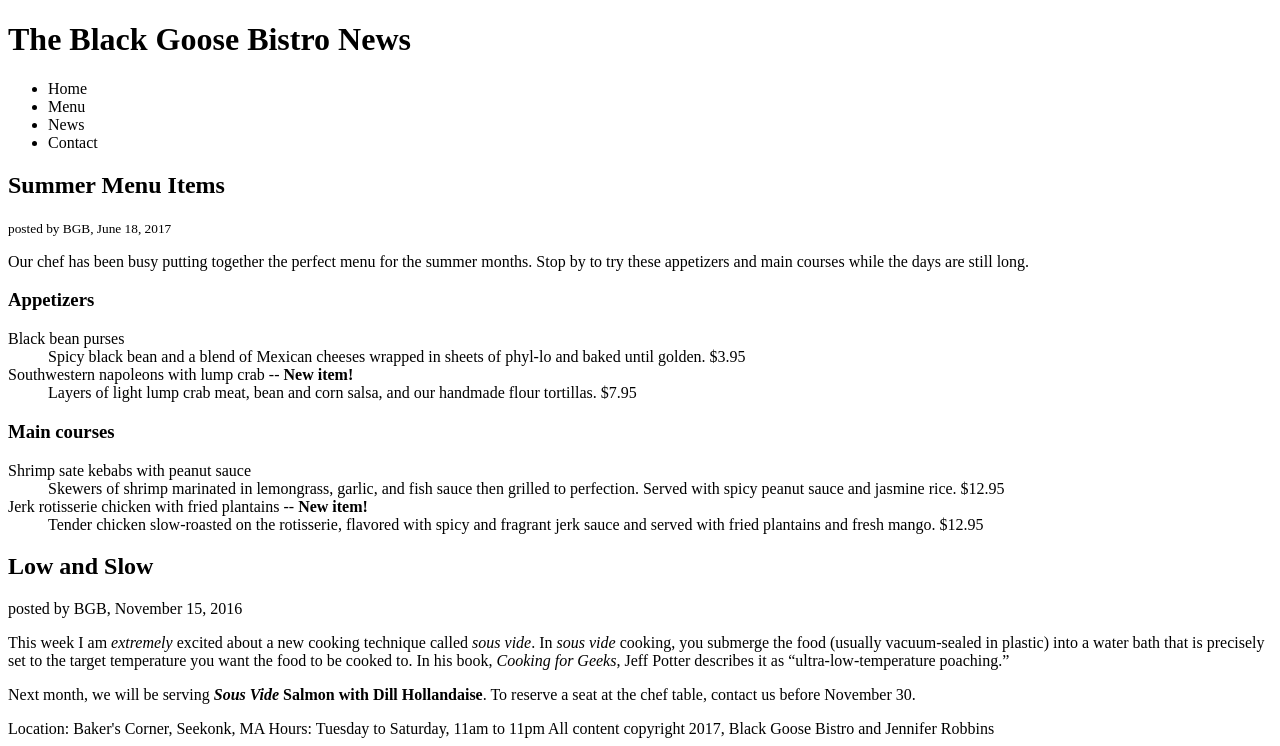
Repository: Colo-Codes/code-practice
Page: 01-html-practice-7.html
The author's editor kept a copy of each file at every save. The page is drawn from the files as they stood at one save, then again after the next save.
The browser window is 1280 px wide. The pictures show the whole page.

Above is the page before, as saved 2021-04-24 17:56:59.

### 01-html-practice-7.html
<!DOCTYPE html>
<html lang="en">
<head>
    <meta charset="UTF-8">
    <meta http-equiv="X-UA-Compatible" content="IE=edge">
    <meta name="viewport" content="width=device-width, initial-scale=1.0">
    <title>The Black Goose Bistro News</title>
</head>
<body>
    <header>
        <h1>The Black Goose Bistro News</h1>
        <nav>
            <ul>
                <li>Home</li>
                <li>Menu</li>
                <li>News</li>
                <li>Contact</li>

            </ul>
        </nav>
    </header>
    <main>
        <section id="summer-menu-items">
            <article>
                <header>
                    <h2>Summer Menu Items</h2>
                    <small>posted by BGB, June 18, 2017</small>
                    <p>Our chef has been busy putting together the perfect menu for the summer months. Stop by to try these appetizers and main courses while the days are still long.</p>
                </header>
                <h3>Appetizers</h3>
                <dl>
                    <dt>Black bean purses</dt>
                    <dd>Spicy black bean and a blend of Mexican cheeses wrapped in sheets of phyl-lo and baked until golden. $3.95</dd>
                    <dt>Southwestern napoleons with lump crab -- <strong>New item!</strong></dt>
                    <dd>Layers of light lump crab meat, bean and corn salsa, and our handmade flour tortillas. $7.95</dd>
                </dl>
                <h3>Main courses</h3>
                <dl>
                    <dt>Shrimp sate kebabs with peanut sauce</dt>
                    <dd>Skewers of shrimp marinated in lemongrass, garlic, and fish sauce then grilled to perfection. Served with spicy peanut sauce and jasmine rice. $12.95</dd>
                    <dt>Jerk rotisserie chicken with fried plantains -- <strong>New item!</strong></dt>
                    <dd>Tender chicken slow-roasted on the rotisserie, flavored with spicy and fragrant jerk sauce and served with fried plantains and fresh mango. $12.95</dd>
                </dl>
            </article>
        </section>
        <section id="low-and-slow">
            <h2>Low and Slow</h2>
            posted by BGB, November 15, 2016
            <p>This week I am <em>extremely</em> excited about a new cooking technique called <dfn><i>sous vide</i></dfn>. In <i>sous vide</i> cooking, you submerge the food (usually vacuum-sealed in plastic) into a water bath that is precisely set to the target temperature you want the food to be cooked to. In his book, <cite>Cooking for Geeks</cite>, Jeff Potter describes it as <q>ultra-low-temperature poaching.</q></p>

            <p>Next month, we will be serving <b><i>Sous Vide</i> Salmon with Dill Hollandaise</b>. To reserve a seat at the chef table, contact us before <time datetime="20161130">November 30</time>.</p>
        </section>

    </main>
    <footer>
        Location: Baker's Corner, Seekonk, MA
        Hours: Tuesday to Saturday, 11am to 11pm

        All content copyright 2017, Black Goose Bistro and Jennifer Robbins
    </footer>
</body>
</html>

After the next save:
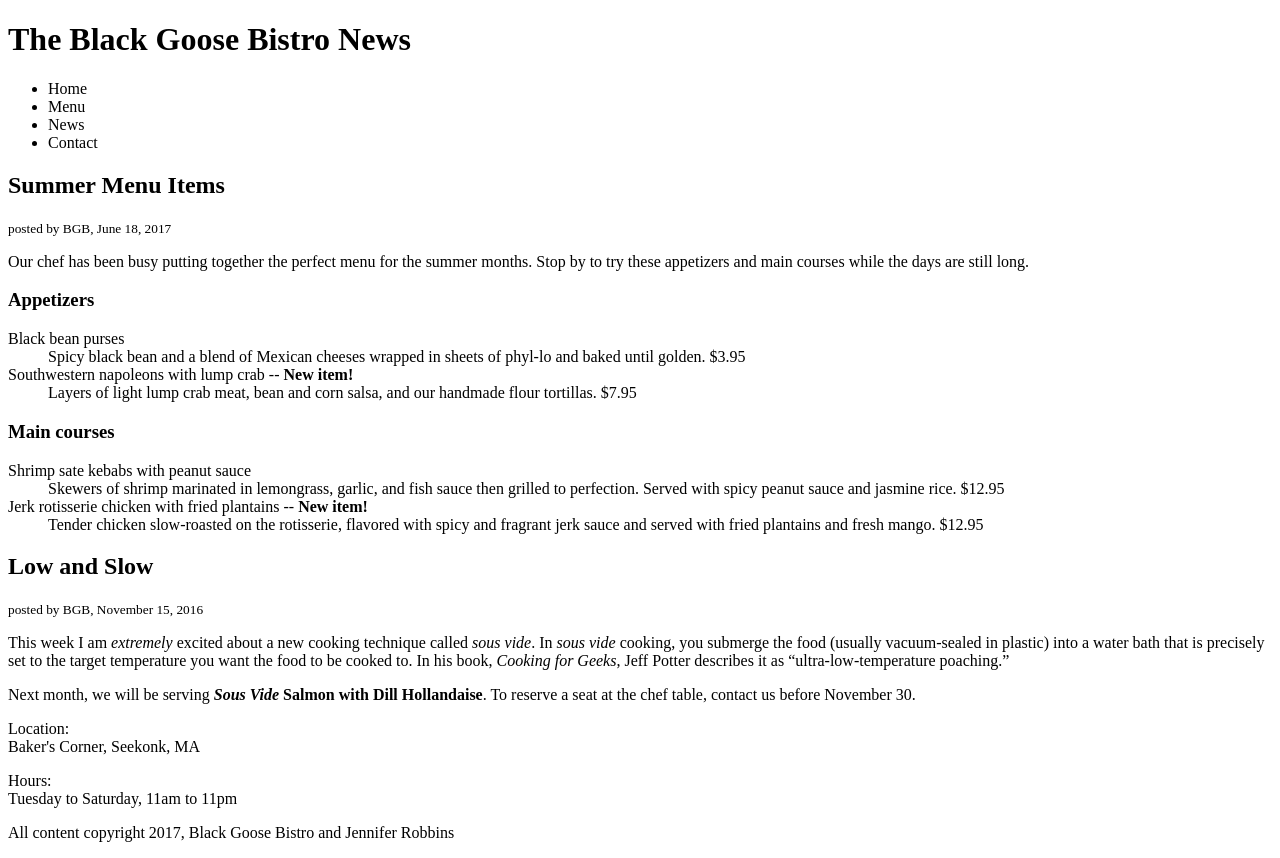
Saved 12 min 7 s later.
--- a/01-html-practice-7.html
+++ b/01-html-practice-7.html
@@ -22,41 +22,44 @@
     <main>
         <section id="summer-menu-items">
             <article>
-                <header>
-                    <h2>Summer Menu Items</h2>
-                    <small>posted by BGB, June 18, 2017</small>
-                    <p>Our chef has been busy putting together the perfect menu for the summer months. Stop by to try these appetizers and main courses while the days are still long.</p>
-                </header>
-                <h3>Appetizers</h3>
-                <dl>
-                    <dt>Black bean purses</dt>
-                    <dd>Spicy black bean and a blend of Mexican cheeses wrapped in sheets of phyl-lo and baked until golden. $3.95</dd>
-                    <dt>Southwestern napoleons with lump crab -- <strong>New item!</strong></dt>
-                    <dd>Layers of light lump crab meat, bean and corn salsa, and our handmade flour tortillas. $7.95</dd>
-                </dl>
-                <h3>Main courses</h3>
-                <dl>
-                    <dt>Shrimp sate kebabs with peanut sauce</dt>
-                    <dd>Skewers of shrimp marinated in lemongrass, garlic, and fish sauce then grilled to perfection. Served with spicy peanut sauce and jasmine rice. $12.95</dd>
-                    <dt>Jerk rotisserie chicken with fried plantains -- <strong>New item!</strong></dt>
-                    <dd>Tender chicken slow-roasted on the rotisserie, flavored with spicy and fragrant jerk sauce and served with fried plantains and fresh mango. $12.95</dd>
-                </dl>
+                <h2>Summer Menu Items</h2>
+                <small>posted by BGB, <time datetime="20170618">June 18, 2017</time></small>
+                <p>Our chef has been busy putting together the perfect menu for the summer months. Stop by to try these appetizers and main courses while the days are still long.</p>
+                <section id="appetizers">
+                    <h3>Appetizers</h3>
+                    <dl>
+                        <dt>Black bean purses</dt>
+                        <dd>Spicy black bean and a blend of Mexican cheeses wrapped in sheets of phyl-lo and baked until golden. <span class="price">$3.95</span></dd>
+                        <dt class="new-item">Southwestern napoleons with lump crab -- <strong>New item!</strong></dt>
+                        <dd>Layers of light lump crab meat, bean and corn salsa, and our handmade flour tortillas. <span class="price">$7.95</span></dd>
+                    </dl>
+                </section>
+                <section id="main-courses">
+                    <h3>Main courses</h3>
+                    <dl>
+                        <dt>Shrimp sate kebabs with peanut sauce</dt>
+                        <dd>Skewers of shrimp marinated in lemongrass, garlic, and fish sauce then grilled to perfection. Served with spicy peanut sauce and jasmine rice. <span class="price">$12.95</span></dd>
+                        <dt class="new-item">Jerk rotisserie chicken with fried plantains -- <strong>New item!</strong></dt>
+                        <dd>Tender chicken slow-roasted on the rotisserie, flavored with spicy and fragrant jerk sauce and served with fried plantains and fresh mango. <span class="price">$12.95</span></dd>
+                    </dl>
+                </section>
             </article>
         </section>
         <section id="low-and-slow">
-            <h2>Low and Slow</h2>
-            posted by BGB, November 15, 2016
-            <p>This week I am <em>extremely</em> excited about a new cooking technique called <dfn><i>sous vide</i></dfn>. In <i>sous vide</i> cooking, you submerge the food (usually vacuum-sealed in plastic) into a water bath that is precisely set to the target temperature you want the food to be cooked to. In his book, <cite>Cooking for Geeks</cite>, Jeff Potter describes it as <q>ultra-low-temperature poaching.</q></p>
-
-            <p>Next month, we will be serving <b><i>Sous Vide</i> Salmon with Dill Hollandaise</b>. To reserve a seat at the chef table, contact us before <time datetime="20161130">November 30</time>.</p>
+            <article>
+                <h2>Low and Slow</h2>
+                <small>posted by BGB, <time datetime="20161115">November 15, 2016</time></small>
+                <p>This week I am <em>extremely</em> excited about a new cooking technique called <dfn><i>sous vide</i></dfn>. In <i>sous vide</i> cooking, you submerge the food (usually vacuum-sealed in plastic) into a water bath that is precisely set to the target temperature you want the food to be cooked to. In his book, <cite>Cooking for Geeks</cite>, Jeff Potter describes it as <q>ultra-low-temperature poaching.</q></p>
+                <p>Next month, we will be serving <b><i>Sous Vide</i> Salmon with Dill Hollandaise</b>. To reserve a seat at the chef table, contact us before <time datetime="20161130">November 30</time>.</p>
+            </article>
         </section>
-
     </main>
     <footer>
-        Location: Baker's Corner, Seekonk, MA
-        Hours: Tuesday to Saturday, 11am to 11pm
-
-        All content copyright 2017, Black Goose Bistro and Jennifer Robbins
+        <div id="about">
+            <p>Location:<br>Baker's Corner, Seekonk, MA</p>
+            <p>Hours:<br>Tuesday to Saturday, <time datetime="11:00">11am</time> to <time datetime="23:00">11pm</time></p>
+        </div>
+        <p>All content copyright 2017, Black Goose Bistro and Jennifer Robbins</p>
     </footer>
 </body>
 </html>
